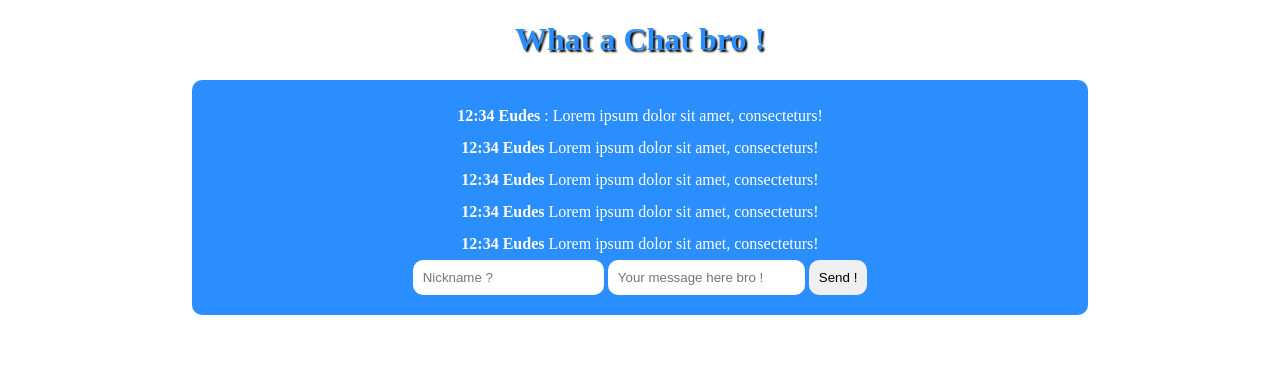
Repository: Djitzu/Chat-en-ajax
Page: index.html
The author's editor kept a record of every edit. The page is drawn from the files as they stood at one moment, then again after the next edit.
The browser window is 1280 px wide. The pictures show the whole page.

Above is the page before.
Console error (its wording comes from the project's code and is left out).

### index.html
<!DOCTYPE html>
<html lang="fr">
<head>
    <meta charset="UTF-8">
    <meta name="viewport" content="width=device-width, initial-scale=1.0">
    <meta http-equiv="X-UA-Compatible" content="ie=edge">
    <title>Super chat !</title>
    <link rel="stylesheet" href="CSS/style.css" type="text/css" />
</head>
<body>
    <header>
        <h1>What a Chat bro !</h1>
    </header>

    <section class="chat">
        <div class="messages">
            <div class="message">
                <span class="date">12:34</span>
                <span class="author">Eudes</span> :
                <span class="content">Lorem ipsum dolor sit amet, consecteturs!</span>
            </div>

            <div class="message">
                <span class="date">12:34</span>
                <span class="author">Eudes</span>
                <span class="content">Lorem ipsum dolor sit amet, consecteturs!</span>
            </div>

            <div class="message">
                <span class="date">12:34</span>
                <span class="author">Eudes</span>
                <span class="content">Lorem ipsum dolor sit amet, consecteturs!</span>
            </div>

            <div class="message">
                <span class="date">12:34</span>
                <span class="author">Eudes</span>
                <span class="content">Lorem ipsum dolor sit amet, consecteturs!</span>
            </div>

            <div class="message">
                <span class="date">12:34</span>
                <span class="author">Eudes</span>
                <span class="content">Lorem ipsum dolor sit amet, consecteturs!</span>
            </div>
        </div>

        <div class="user-input">
            <form action="handler.php">
                <input type="text" name="author" id="author" placeholder="Nickname ?">
                <input type="text" id="content" name="content" placeholder="Your message here bro !">
                <input type="submit" value="Send !"/>
            </form>
        </div>
    </section>



    <script src="js/app.js"></script>
</body>
</html>

### CSS/style.css
body {
    width: 70%;
    margin: auto;
    text-align: center
}

section {
    background-color: #2A8EFF;
    border-radius: 10px;
    color: white;
    line-height: 2em;
    padding: 20px;
}

.date, .author {
    font-weight: bold;
}


h1 {
    color: #2A8EFF;
    text-shadow: 2px 2px 2px black
}

input {
    border: none;
    padding: 10px;
    border-radius: 10px;
}

#author {
    max-width: 20%;

}

### js/app.js
//On fait de l'ajx !!!

//Il nous faut une fonction pour afficher les messages et une autre pour écrire.

//Récupération des messages
function getMessages()
{
  //Instanciation de l'objet jx
  const requeteAjax = new XMLHttpRequest();
  //Début de la requête : si true ou non spécifié alors = synchrone
  requeteAjax.open("GET", "handler.php");

  //Pendant le chargement...
  requeteAjax.onload = function()
  {
    //...On formate la réponse en JSON...
    const resultat = JSON.parse(requeteAjax.responseText);
    //... On prepare du htlm...
    const html = resultat.reverse().map(function(message){
      return `
        <div class="message">
          <span class="date">${message.created_at.substring(11, 16)}</span>
          <span class="author">${message.author}</span> :
          <span class="content">${message.content}</span>
        </div>
      `
      //la jointure vide permet de ne pas avoir de sparateur entre chaque élément
    }).join('');

    //on va chercher le DOM correspondant
    const messages = document.querySelector('.messages');

    //Définition du contenu de la div messages
    messages.innerHTML = html;

    //Pour afficher les dernier message (ceux du bas)
    messages.scrollTop = messages.scrollHeight;

  };

  //Envoie de la requete pour finir
  requeteAjax.send();
}


function postMessage(formEvent)
{
  //On veut stopper l'ennvoi du formulaire
  formEvent.prenventDefault();

  //Récupérer les données du formuaire
  const author = document.querySelector('#author');
  const content = document.querySelector('#content');

  //Envoyer les données grâce à l'obet formData
  const data = new FormData();
  data.append('author', author.value);
  data.append('content', content.value);

  //La requête
  const requeteAjax = new XMLHttpRequest();
  requeteAjax.open('POST', 'handler.php?task=write');

  requeteAjax.onload = function()
  {
    //Effacement du contenu de content
    content.value = '';
    //garder le focus dans la zone de saisie du texte
    content.focus();
    //Raffraicchissement des messages
    getMessages();
  }

  requeteAjax.send(data);
}

//Ecoute de l'evenement submmit au formulaire
document.querySelector('form').addEventListener('submit', postMessage);

//Rafraichir toutes les 3 secondes les messages
window.setInterval(getMessages, 3000);

//Aller chercher les messages au démarrage de la page.
getMessages();

After the next edit:
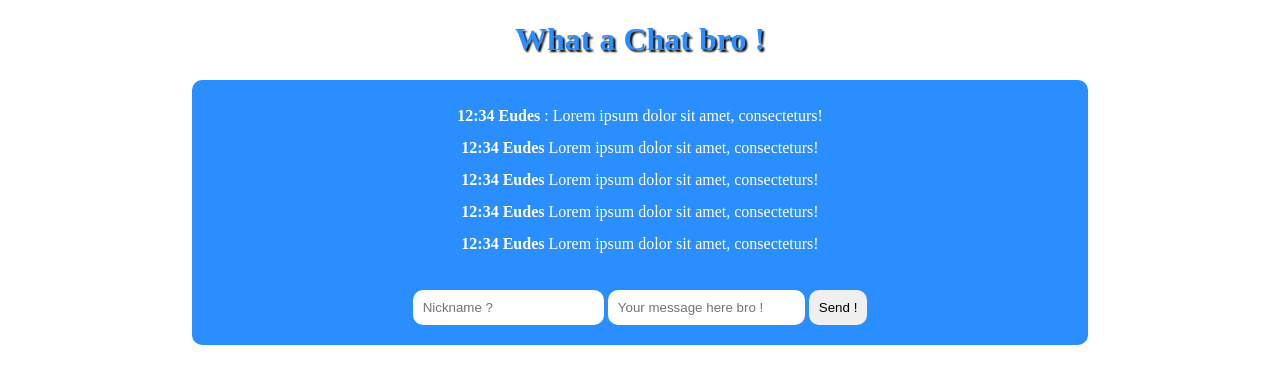
The edit:
--- a/CSS/style.css
+++ b/CSS/style.css
@@ -22,6 +22,10 @@
     text-shadow: 2px 2px 2px black
 }
 
+form {
+    padding-top: 30px;
+}
+
 input {
     border: none;
     padding: 10px;
